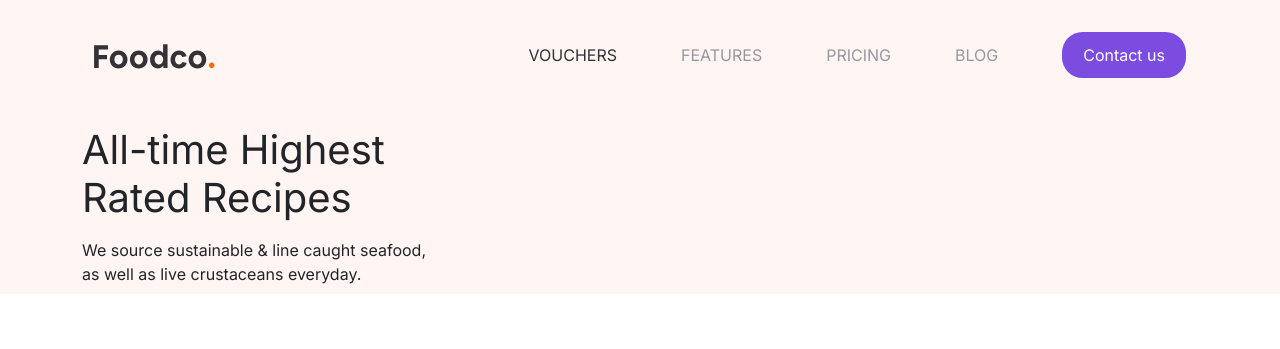
Repository: badhon252/Foodco
Page: index.html
The author's editor kept a copy of each file at every save. The page is drawn from the files as they stood at one save, then again after the next save.
The browser window is 1280 px wide. The pictures show the whole page.
The style sheet was rebuilt from its Sass, Less or Tailwind sources for each picture, by a compiler version that may differ from the author's.

Above is the page before, as saved 2022-09-15 15:30:08.

### index.html
<!DOCTYPE html>
<html lang="en">

<head>
    <meta charset="UTF-8">
    <meta http-equiv="X-UA-Compatible" content="IE=edge">
    <meta name="viewport" content="width=device-width, initial-scale=1.0">
    <!-- bootstrap cdn link  -->
    <!-- I'm using bootstrap 5 for this project, Let's code!  -->
    <!-- CSS only -->
    <link href="https://cdn.jsdelivr.net/npm/bootstrap@5.2.1/dist/css/bootstrap.min.css" rel="stylesheet"
        integrity="sha384-iYQeCzEYFbKjA/T2uDLTpkwGzCiq6soy8tYaI1GyVh/UjpbCx/TYkiZhlZB6+fzT" crossorigin="anonymous">

    <link rel="stylesheet" href="scss/style.css">
    <title>FoodCo</title>
</head>

<body>

    <main id="header">
        <header class="container">

            <nav class="navbar navbar-expand-lg py-3">
                <div class="container-fluid">
                    <a class="navbar-brand" href="#"><img src="./image/logo.svg" alt=""></a>
                    <button class="navbar-toggler" type="button" data-bs-toggle="collapse" data-bs-target="#navbarNav"
                        aria-controls="navbarNav" aria-expanded="false" aria-label="Toggle navigation">
                        <span class="navbar-toggler-icon"></span>
                    </button>
                    <div class="collapse navbar-collapse" id="navbarNav">
                        <ul class="navbar-nav ms-auto py-3">
                            <li class="nav-item">
                                <a class="nav-link active" aria-current="page" href="#">Vouchers</a>
                            </li>
                            <li class="nav-item">
                                <a class="nav-link" href="#">Features</a>
                            </li>
                            <li class="nav-item">
                                <a class="nav-link" href="#">Pricing</a>
                            </li>
                            <li class="nav-item">
                                <a class="nav-link" href="">Blog</a>
                            </li>
                            <button class="btn">Contact us</button>
                        </ul>
                    </div>
                </div>
            </nav>

            <div class="div header-content">
                <div class="row">
                    <div class="col-md-4">
                        <h1 class="my-3">All-time <span>Highest</span> Rated Recipes</h1>
                        <p class="my-2">We source sustainable & line caught seafood, as well as live crustaceans
                            everyday.</p>
                    </div>
                    <div class="col-md-8"></div>
                </div>
            </div>
        </header>
    </main>

</body>

</html>

### scss/style.scss
@import url("https://fonts.googleapis.com/css2?family=Inter:wght@400;600;700;800;900&display=swap");
@font-face {
  font-family: circular;
  src: url(../fonts/Circular_Std_Font.otf);
}
@font-face {
  font-family: AirbnbCereal_W_Bd;
  src: url(../fonts/AirbnbCereal_W_Bd.otf);
}
@font-face {
  font-family: AirbnbCereal_W_Bk;
  src: url(../fonts//AirbnbCereal_W_Bk.otf);
}
@font-face {
  font-family: AirbnbCereal_W_Blk;
  src: url(../fonts/AirbnbCereal_W_Blk.otf);
}
@font-face {
  font-family: AirbnbCereal_W_Lt;
  src: url(../fonts/AirbnbCereal_W_Lt.otf);
}
@font-face {
  font-family: AirbnbCereal_W_Md;
  src: url(../fonts/AirbnbCereal_W_Md.otf);
}
@font-face {
  font-family: AirbnbCereal_W_XBd;
  src: url(../fonts/AirbnbCereal_W_XBd.otf);
}
* {
  margin: 0;
  padding: 0;
  box-sizing: border-box;
  font-family: "Inter", sans-serif;
  //   font-family: circular;
}
// .container {
//   margin: 2rem 14rem;
// }
// .btn,
// .link {
//   cursor: pointer;
// }
.link {
  text-decoration: none;
  color: #353237;
}
.btn {
  outline: none;
  border: none;
  padding: 12px 25px;
  font-size: 1rem;
  font-weight: 400;
}
.active {
  color: #353237 !important;
}
li {
  list-style-type: none;
}
.py-1 {
  padding: 1rem 0;
}
.py-2 {
  padding: 2rem 0;
}
.py-3 {
  padding: 3rem 0;
}
.py-4 {
  padding: 4rem 0;
}
.my-1 {
  margin: 1rem 0;
}
.my-1 {
  margin: 1rem 0;
}
.my-2 {
  margin: 2rem 0;
}
.my-3 {
  margin: 3rem 0;
}
.my-4 {
  margin: 4rem 0;
}
.my-5 {
  margin: 5rem 0;
}

// =======================
//===========================
#header {
  background-color: #fff5f2;

  .navbar {
    .navbar-nav {
      align-items: center;
      .nav-item {
        margin: 0 1.5rem;
        .nav-link {
          font-weight: 500;
          font-size: 1rem;
          line-height: 20px;
          text-transform: uppercase;
          color: #9a97a1;
          //   color: #353237;
          &:hover {
            color: #353237;
          }
        }
      }
      .btn {
        background-color: #7b4cdf;
        border-radius: 20.5px;
        color: #fff;
        margin-left: 2rem;
        padding: 11px 21px;
      }
    }
  }
}

After the next save:
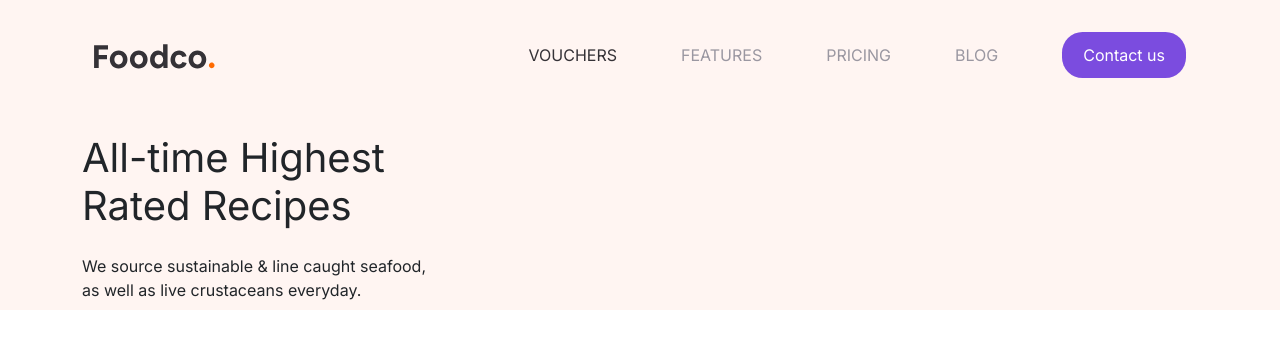
Saved 7 s later.
--- a/index.html
+++ b/index.html
@@ -50,7 +50,7 @@
             <div class="div header-content">
                 <div class="row">
                     <div class="col-md-4">
-                        <h1 class="my-3">All-time <span>Highest</span> Rated Recipes</h1>
+                        <h1 class="my-4">All-time <span>Highest</span> Rated Recipes</h1>
                         <p class="my-2">We source sustainable & line caught seafood, as well as live crustaceans
                             everyday.</p>
                     </div>
